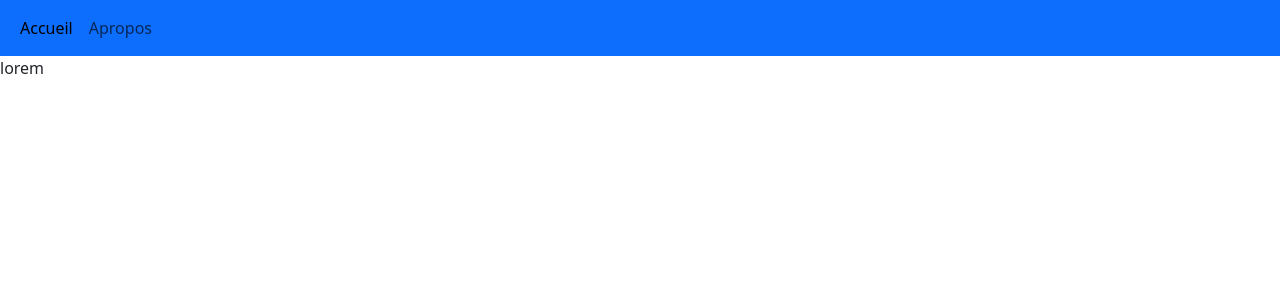
Repository: SKB-TECH/MinProject
Page: IHM/index.html
The author's editor kept a copy of each file at every save. The page is drawn from the files as they stood at one save, then again after the next save.
The browser window is 1280 px wide. The pictures show the whole page.
Some web libraries are served in a nearby version.

Above is the page before, as saved 2022-09-29 14:54:59.

### IHM/index.html
<!DOCTYPE html>
<html lang="en">
<head>
    <meta charset="UTF-8">
    <meta http-equiv="X-UA-Compatible" content="IE=edge">
    <meta name="viewport" content="width=device-width, initial-scale=1.0">
    <link rel="stylesheet" href="../node_modules/bootstrap/dist/css/bootstrap.min.css">
    <title>NoteApp</title>
</head>
<body>
        <header>
            <nav class="navbar navbar-expand-sm bg-primary navbar-success">
                <div class="container-fluid">
                  <ul class="navbar-nav">
                    <li class="nav-item">
                      <a class="nav-link active" href="#">Accueil</a>
                    </li>
                   <li class="nav-item">
                      <a class="nav-link" href="#">Apropos</a>
                    </li>
                  </ul>
                </div>
              </nav>
        </header>

        <p>
            lorem
        </p>
</body>
</html>

After the next save:
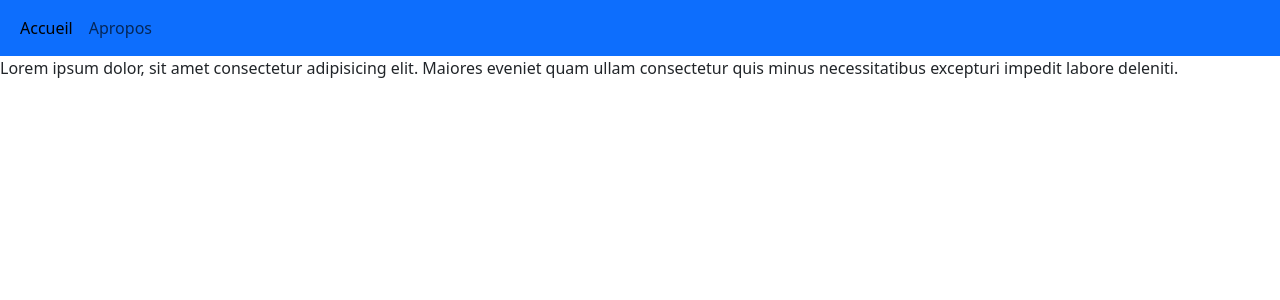
Saved 6 s later.
--- a/IHM/index.html
+++ b/IHM/index.html
@@ -24,7 +24,7 @@
         </header>
 
         <p>
-            lorem
+            Lorem ipsum dolor, sit amet consectetur adipisicing elit. Maiores eveniet quam ullam consectetur quis minus necessitatibus excepturi impedit labore deleniti.
         </p>
 </body>
 </html>

After the save that followed:
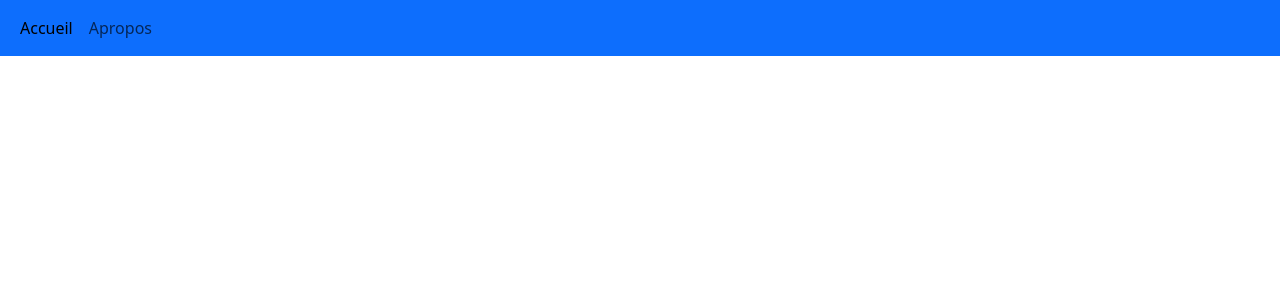
Saved 17 s later.
--- a/IHM/index.html
+++ b/IHM/index.html
@@ -23,8 +23,6 @@
               </nav>
         </header>
 
-        <p>
-            Lorem ipsum dolor, sit amet consectetur adipisicing elit. Maiores eveniet quam ullam consectetur quis minus necessitatibus excepturi impedit labore deleniti.
-        </p>
+
 </body>
 </html>
